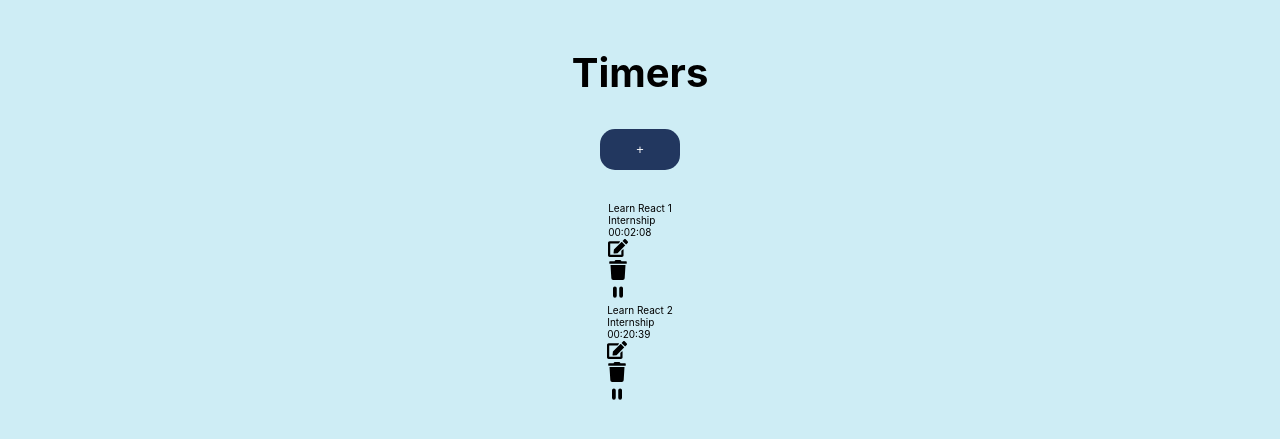
Repository: dqhuy153/react-timer
Page: /
The author's editor kept a copy of each file at every save. The page is drawn from the files as they stood at one save, then again after the next save.
The browser window is 1280 px wide. The pictures show the whole page.
The project was rebuilt for these pictures with package versions that can differ from the ones it lists, and the page was loaded fresh each time. Also part of the build but not shown: src/components/TimerForm/TimerForm.module.scss, src/components/TimerForm/index.jsx, src/components/EditableTimerForm/EditableTimerForm.module.scss.

Above is the page before, as saved 2021-10-26 17:18:39.

### src/index.css
* {
  padding: 0;
  margin: 0;
  box-sizing: border-box;
}

body {
  margin: 0;
  font-family: -apple-system, BlinkMacSystemFont, 'Segoe UI', 'Roboto', 'Oxygen',
    'Ubuntu', 'Cantarell', 'Fira Sans', 'Droid Sans', 'Helvetica Neue',
    sans-serif;
  -webkit-font-smoothing: antialiased;
  -moz-osx-font-smoothing: grayscale;

  font-size: 62.5%;
}

code {
  font-family: source-code-pro, Menlo, Monaco, Consolas, 'Courier New',
    monospace;
}

### src/App.js
import { useEffect, useRef, useState } from 'react';
import './App.scss';

import EditableTimerForm from './components/EditableTimerForm';
import ToggleableTimerForm from './components/ToggeableTimerForm';
import { newTimer } from './utils/TimerUtils';

function App() {
  const timerRef = useRef();
  const [timers, setTimers] = useState([
    {
      id: 1,
      title: 'Learn React 1',
      project: 'Internship',
      time: 123454,
      isRunning: true,
    },
    {
      id: 2,
      title: 'Learn React 2',
      project: 'Internship',
      time: 1234545,
      isRunning: true,
    },
  ]);

  const handleUpdateTimer = (data) => {
    let newTimers;

    //if has no id, create a new one
    if (!data.id) {
      newTimers = [
        newTimer({
          title: data.title,
          project: data.project,
        }),
        ...timers,
      ];
    }
    //update existing timer
    else {
      newTimers = timers.map((timer, idx) => {
        if (timer.id === data.id) {
          return {
            ...timer,
            title: data.title,
            project: data.project,
          };
        }

        return timer;
      });
    }

    setTimers(newTimers);
  };

  useEffect(() => {
    clearTimeout(timerRef.current);

    timerRef.current = setTimeout(() => {
      const newTimers = timers.map((timer, idx) => {
        if (timer.isRunning)
          return {
            ...timer,
            time: timer.time + 1000,
          };

        return timer;
      });

      setTimers(newTimers);
    }, 1000);
  }, [timers]);

  return (
    <div className="App">
      <div className="body">
        <h1>Timers</h1>

        <ToggleableTimerForm onUpdate={handleUpdateTimer} />

        {timers.map((timer) => {
          return (
            <EditableTimerForm
              key={timer.id}
              id={timer.id}
              title={timer.title}
              project={timer.project}
              timer={timer.time}
              isRunning={timer.isRunning}
            />
          );
        })}
      </div>
    </div>
  );
}

export default App;

### src/App.scss
.App {
  background: #ceedf5;
}

.body {
  display: flex;
  justify-content: flex-start;
  align-items: center;
  flex-direction: column;
  padding: 3rem 0;
  height: 100vh;

  h1 {
    font-size: 2.5rem;
  }
}

### src/components/EditableTimerForm/index.jsx
import React, { useState } from 'react';
import Timer from '../Timer';
import TimerForm from '../TimerForm';

import styles from './EditableTimerForm.module.scss';

const EditableTimerForm = ({
  id,
  title,
  project,
  timer,
  isRunning,
  onUpdate,
  onRemove,
  onTimerClick,
}) => {
  const [isEdit, setIsEdit] = useState(false);

  const handleOpenEdit = () => {
    setIsEdit(true);
  };

  const handleCloseEdit = () => {
    setIsEdit(false);
  };

  const handleUpdate = (data) => {
    onUpdate(data);
    handleOpenEdit();
  };

  const content = isEdit ? (
    <TimerForm
      id={id}
      title={title}
      project={project}
      timer={timer}
      onCancel={handleCloseEdit}
      onUpdate={handleUpdate}
    />
  ) : (
    <Timer
      id={id}
      title={title}
      project={project}
      timer={timer}
      isRunning={isRunning}
      onEdit={handleOpenEdit}
      onRemove={onRemove}
      onTimerClick={onTimerClick}
    />
  );

  return <div className={styles.container}>{content}</div>;
};

export default EditableTimerForm;

### src/components/ToggeableTimerForm/index.jsx
import { useState } from 'react';
import Button from '../Button';
import TimerForm from '../TimerForm';

import styles from './ToggleableTimerForm.module.scss';

const ToggleableTimerForm = ({ onUpdate, ...props }) => {
  const [isOpen, setIsOpen] = useState(false);

  const handleOpenForm = () => {
    setIsOpen(true);
  };

  const handleCloseForm = () => {
    setIsOpen(false);
  };

  const handleUpdate = (data) => {
    onUpdate(data);
    handleCloseForm();
  };

  const content = isOpen ? (
    <TimerForm onCancel={handleCloseForm} onUpdate={handleUpdate} />
  ) : (
    <Button onClick={handleOpenForm}>+</Button>
  );

  return <div className={styles.container}>{content}</div>;
};

export default ToggleableTimerForm;

### src/utils/TimerUtils.js
import { v4 as uuidv4 } from 'uuid';

export const millisecondsToHuman = (ms) => {
  const seconds = Math.floor((ms / 1000) % 60);
  const minutes = Math.floor((ms / 1000 / 60) % 60);
  const hours = Math.floor(ms / 1000 / 60 / 60);

  const humanized = [
    pad(hours.toString(), 2),
    pad(minutes.toString(), 2),
    pad(seconds.toString(), 2),
  ].join(':');

  return humanized;
};

const pad = (numberString, size) => {
  let padded = numberString;
  while (padded.length < size) {
    padded = `0${padded}`;
  }
  return padded;
};

export const newTimer = (attrs = {}) => {
  const timer = {
    title: attrs.title || 'Timer',
    project: attrs.project || 'Project',
    id: uuidv4(),
    time: 0,
    isRunning: false,
  };

  return timer;
};

### src/components/Timer/index.jsx
import React from 'react';
import { BsPauseFill, BsPlayFill } from 'react-icons/bs';
import { FaEdit, FaTrash } from 'react-icons/fa';

import { millisecondsToHuman } from '../../utils/TimerUtils';

const Timer = ({
  title,
  project,
  timer,
  isRunning,
  onEdit,
  onRemove,
  onTimerClick,
}) => {
  const buttonLabel = isRunning ? (
    <BsPauseFill size={20} />
  ) : (
    <BsPlayFill size={20} />
  );

  return (
    <div>
      <p>{title}</p>
      <p>{project}</p>
      <p>{millisecondsToHuman(timer)}</p>

      <div>
        <div onClick={onEdit}>
          <FaEdit size={20} />
        </div>
        <div onClick={onRemove}>
          <FaTrash size={20} />
        </div>
      </div>

      <div onClick={onTimerClick}>{buttonLabel}</div>
    </div>
  );
};

export default Timer;

### src/components/Button/index.jsx
import React from 'react';

import styles from './Button.module.scss';

const Button = ({
  children,
  onClick,
  className,
  bgColor = '#22375f',
  color = '#fff',
  hoverColor = '#22375f',
  hoverBgColor = '#fff',
  ...rest
}) => {
  return (
    <button
      style={{
        '--bg-color': bgColor,
        '--color': color,
        '--hover-color': hoverColor,
        '--hover-bg-color': hoverBgColor,
      }}
      className={`${styles.container} ${className}`}
      onClick={onClick}
      children={children}
      {...rest}
    ></button>
  );
};

export default Button;

### src/components/ToggeableTimerForm/ToggleableTimerForm.module.scss
.container {
  margin: 2rem;
}

### src/components/Button/Button.module.scss
.container {
  padding: 0.8rem 2rem;
  min-width: 5rem;
  border: none;
  color: var(--color);
  border-radius: 15px;
  background: var(--bg-color);
  font-size: 0.8rem;
  cursor: pointer;
  transition: all 0.2s linear;

  &:hover {
    box-shadow: rgba(100, 100, 111, 0.3) 0px 7px 29px 0px;
    background: var(--hover-bg-color);
    color: var(--hover-color);
    font-weight: bold;
  }

  &:active {
    transform: translateY(2px);
  }
}

Loaded but not shown: public/index.html (common file); src/index.js (common file); src/reportWebVitals.js (common file)

After the next save:
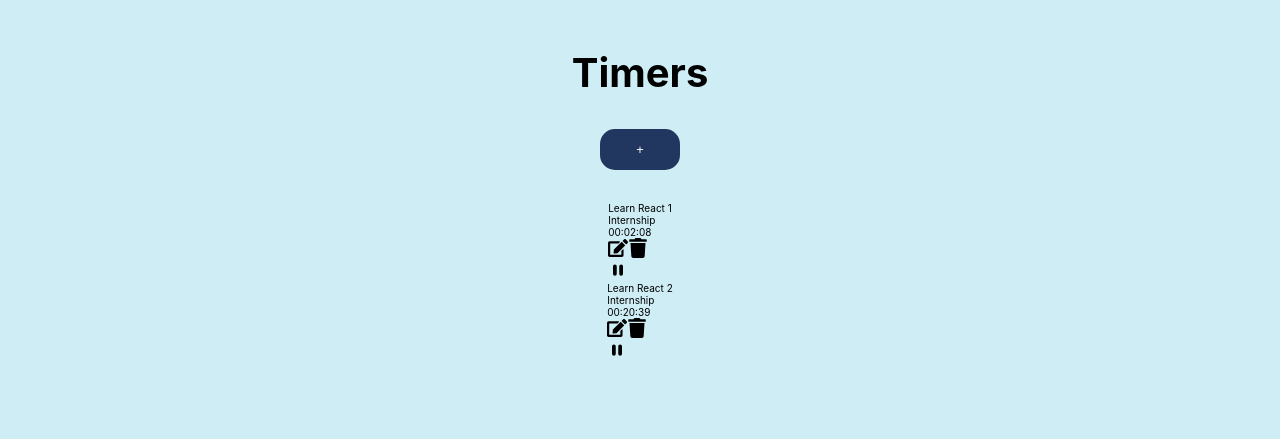
Saved 22 s later.
--- a/src/components/Timer/index.jsx
+++ b/src/components/Timer/index.jsx
@@ -26,12 +26,9 @@ const Timer = ({
       <p>{millisecondsToHuman(timer)}</p>
 
       <div>
-        <div onClick={onEdit}>
-          <FaEdit size={20} />
-        </div>
-        <div onClick={onRemove}>
-          <FaTrash size={20} />
-        </div>
+        <FaEdit onClick={onEdit} size={20} />
+
+        <FaTrash size={20} onClick={onRemove} />
       </div>
 
       <div onClick={onTimerClick}>{buttonLabel}</div>
